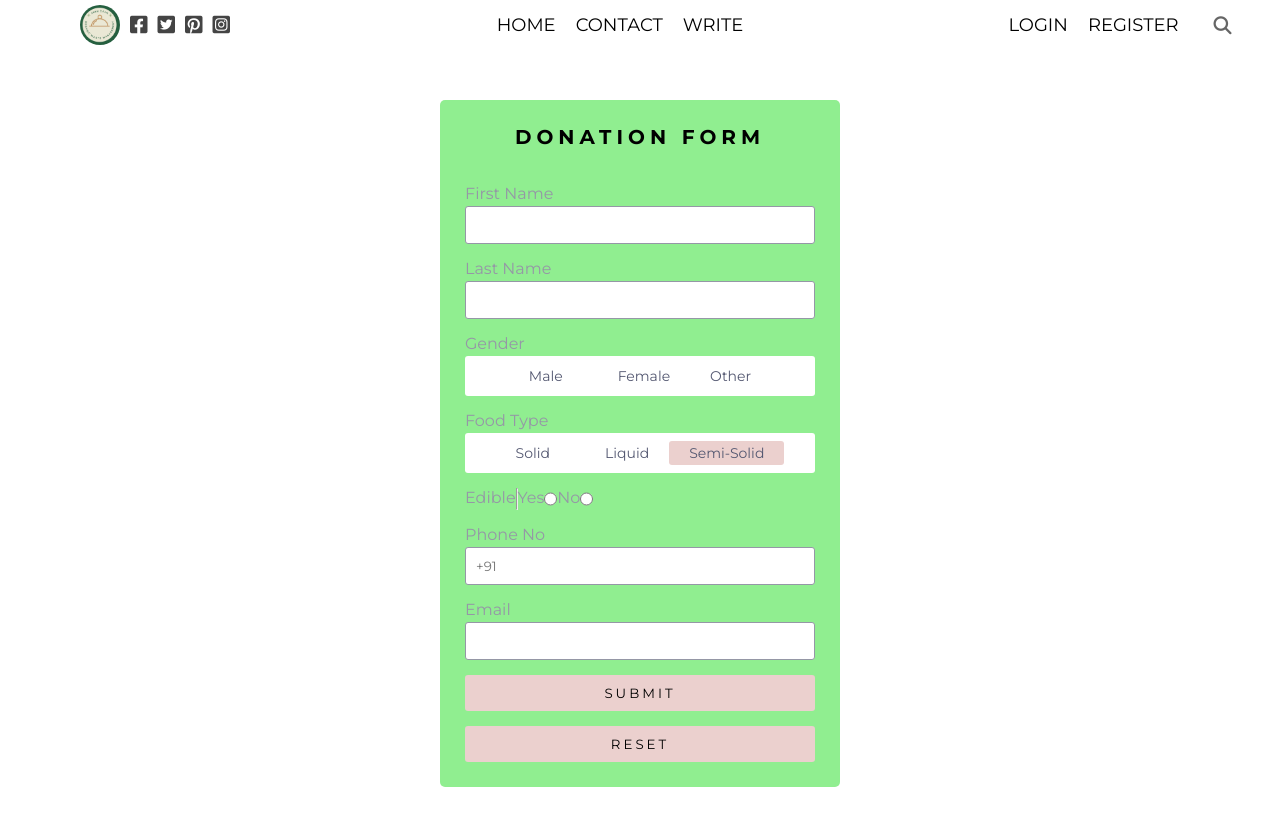
Repository: blsnabrhm/anna-daan
Page: /Contact (app in client/)
The author's editor kept a copy of each file at every save. The page is drawn from the files as they stood at one save, then again after the next save.
The browser window is 1280 px wide. The pictures show the whole page.
Some web libraries are served in a nearby version. The project was rebuilt for these pictures with package versions that can differ from the ones it lists, and the page was loaded fresh each time. Also part of the build but not shown: client/src/components/header/header.css, client/src/components/header/Header.jsx, client/src/components/posts/posts.css, client/src/components/posts/Posts.jsx, client/src/components/sidebar/sidebar.css, client/src/components/sidebar/SideBar.jsx, client/src/pages/home/home.css, client/src/pages/home/Home.jsx and 13 more. Imported but missing from the stored project, and not drawn on this page: client/src/components/post/Post.

Above is the page before, as saved 2022-04-22 08:30:26.

### client/public/index.html
<!DOCTYPE html>
<html lang="en">
  <head>
    <meta charset="utf-8" />
    <link rel="icon" href="%PUBLIC_URL%/favicon.ico" />
    <meta name="viewport" content="width=device-width, initial-scale=1" />
    <meta name="theme-color" content="#000000" />
    <meta
      name="description"
      content="Web site created using create-react-app"
    />
    <link rel="preconnect" href="https://fonts.googleapis.com">
    <link rel="preconnect" href="https://fonts.gstatic.com" crossorigin>
    <link href="https://fonts.googleapis.com/css2?family=Josefin+Sans:wght@100;200;300;400;500;600;700&family=Lora:ital@0;1&family=Varela&family=Varela+Round&display=swap" rel="stylesheet">
    <link rel="stylesheet" href="https://cdnjs.cloudflare.com/ajax/libs/font-awesome/6.1.1/css/all.min.css" integrity="sha512-KfkfwYDsLkIlwQp6LFnl8zNdLGxu9YAA1QvwINks4PhcElQSvqcyVLLD9aMhXd13uQjoXtEKNosOWaZqXgel0g==" crossorigin="anonymous" referrerpolicy="no-referrer" />
    <style>*{
      margin: 0;
    }</style>
    <style>
      .link {
        text-decoration: none;
        color: inherit;
      }
    </style>
    <title>Anna Daan</title>
  </head>
  <body>
    <noscript>You need to enable JavaScript to run this app.</noscript>
    <div id="root"></div>

  </body>
</html>

### client/src/index.js
import React from 'react';
import ReactDOM from 'react-dom/client';
import App from './App';
import { ContextProvider } from './context/Context';

const root = ReactDOM.createRoot(document.getElementById('root'));
root.render(
  <React.StrictMode>
    <ContextProvider>
    <App />
    </ContextProvider>
  </React.StrictMode>
);

### client/src/App.js
import Home from "./pages/home/Home";
import TopBar from "./components/topbar/TopBar";
import Single from "./pages/single/Single";
import Write from "./pages/write/Write";
import Settings from "./pages/settings/Settings";
import Login from "./pages/login/Login";
import Register from "./pages/register/Register";
import Contact from "./pages/contact/Contact";
import { BrowserRouter as Router, Switch, Route, Link } from "react-router-dom";
import { useContext } from "react";
import { Context } from "./context/Context";

function App() {
  const { user } = useContext(Context);
  return (
    <Router>
      <TopBar />
      <Switch>
        <Route exact path="/">
          <Home />
        </Route>
        <Route path="/register">{user ? <Home /> : <Register />}</Route>
        <Route path="/login">{user ? <Home /> : <Login />}</Route>
        <Route path="/Contact">{user ? <Contact />: <Contact/> }</Route>
        <Route path="/write">{user ? <Write /> : <Register />}</Route>
        <Route path="/settings">{user ? <Settings /> : <Register />}</Route>
        <Route path="/post/:postId">
          <Single />
        </Route>
      </Switch>
    </Router>
  );
}

export default App;

### client/src/context/Context.js
import { createContext, useEffect, useReducer } from "react";
import Reducer from "./Reducer";

const INITIAL_STATE = {
  user: JSON.parse(localStorage.getItem("user")) || null,
  isFetching: false,
  error: false,
};

export const Context = createContext(INITIAL_STATE);

export const ContextProvider = ({ children }) => {
  const [state, dispatch] = useReducer(Reducer, INITIAL_STATE);

  useEffect(() => {
    localStorage.setItem("user", JSON.stringify(state.user));
  }, [state.user]);

  return (
    <Context.Provider
      value={{
        user: state.user,
        isFetching: state.isFetching,
        error: state.error,
        dispatch,
      }}
    >
      {children}
    </Context.Provider>
  );
};

### client/src/components/topbar/TopBar.jsx
import { useContext } from "react";
import { Link } from "react-router-dom";
import { Context } from "../../context/Context";
import "./topbar.css";

export default function TopBar() {
  const { user, dispatch } = useContext(Context);
  const PF = "http://localhost:3000/images/"

  const handleLogout = () => {
    dispatch({ type: "LOGOUT" });
  };
  return (
    <div className="top">
      <div className="topLeft">
        <img className="topImg topLogo" src={require('../../assets/Anna_Daan.png')} alt="" />
        <i className="topIcon fab fa-facebook-square"></i>
        <i className="topIcon fab fa-twitter-square"></i>
        <i className="topIcon fab fa-pinterest-square"></i>
        <i className="topIcon fab fa-instagram-square"></i>
      </div>
      <div className="topCenter">
        <ul className="topList">
          <li className="topListItem">
            <Link className="link" to="/" >
              HOME
            </Link>
          </li>
          <li className="topListItem">
            <Link className="link" to="/contact" >
              CONTACT
            </Link>
          </li>
          <li className="topListItem">
            <Link className="link" to="/write">
              WRITE
            </Link>
          </li>
          <li className="topListItem" onClick={handleLogout}>
            {user && "LOGOUT"}
          </li>
        </ul>
      </div>
      <div className="topRight">
        {user ? (
          <Link to="/settings">
            <img className="topImg" src={PF+user.profilePic} alt="" />
          </Link>
        ) : (
          <ul className="topList">
            <li className="topListItem">
              <Link className="link" to="/login" >
                LOGIN
              </Link>
            </li>
            <li className="topListItem">
              <Link className="link" to="/register">
                REGISTER
              </Link>
            </li>
          </ul>
        )}
        <i className="topSearchIcon fas fa-search"></i>
      </div>
    </div>
  );
}

### client/src/pages/contact/Contact.jsx
import './contact.css'

export default function Contact() {
    return (
    <div className='contact'>
        <div class="registration_form">
		<div class="title">
			Donation Form
		</div>

		<form>
			<div class="form_wrap">
                <div className="input_wrap">
					<label for="fname">First Name</label>
					<input type="text" id="email"/>
				</div>
				<div className="input_wrap">
					<label for="lname">Last Name</label>
					<input type="text" id="email"/>
				</div>
                <div >

                </div>
				<div className="input_wrap">
					<label>Gender</label>
					<ul>
						<li>
							<label className="radio_wrap">
								<input type="radio" name="gender" value="male" className="input_radio" checked/>
								<span>Male</span>
							</label>
						</li>
						<li>
							<label className="radio_wrap">
								<input type="radio" name="gender" value="female" className="input_radio"/>
								<span>Female</span>
							</label>
						</li>
                        <li>
							<label className="radio_wrap">
								<input type="radio" name="gender" value="male" className="input_radio" checked/>
								<span>Other</span>
							</label>
						</li>
					</ul>
				</div>
                <div className="input_wrap">
					<label>Food Type</label>
					<ul>
						<li>
							<label className="radio_wrap">
								<input type="radio" name="gender" value="male" className="input_radio" checked/>
								<span>Solid</span>
							</label>
						</li>
						<li>
							<label className="radio_wrap">
								<input type="radio" name="gender" value="female" className="input_radio"/>
								<span>Liquid</span>
							</label>
						</li>
                        <li>
							<label className="radio_wrap">
								<input type="radio" name="gender" value="male" className="input_radio" checked/>
								<span>Semi-Solid</span>
							</label>
						</li>
					</ul>
				</div>
        <div className="input_wrap edible">
            <label for="edible">Edible</label><hr/>
            <label className='edible' for="edible">Yes</label>
            <input type="radio" id="y" name='edible'/>
            <label className='edible' for="edible">No</label>
            <input type="radio" id="n" name='edible'/>
        </div>
				<div className="input_wrap">
					<label for="city">Phone No</label>
					<input type="tel" id="city" placeholder="+91"/>
				</div>
				<div className="input_wrap">
					<label for="country">Email</label>
					<input type="text" id="country"/>
				</div>
				<div className="input_wrap">
					<input type="submit" value="Submit" className="submit_btn"/>
				</div>
        <div className="input_wrap">
					<input type="submit" value="Reset" className="submit_btn"/>
				</div>
			</div>
		</form>
	</div>
    </div>
    )
}

### client/src/context/Reducer.js
const Reducer = (state, action) => {
  switch (action.type) {
    case "LOGIN_START":
      return {
        user: null,
        isFetching: true,
        error: false,
      };
    case "LOGIN_SUCCESS":
      return {
        user: action.payload,
        isFetching: false,
        error: false,
      };
    case "LOGIN_FAILURE":
      return {
        user: null,
        isFetching: false,
        error: true,
      };
      case "UPDATE_START":
        return {
          ...state,
          isFetching:true
        };
      case "UPDATE_SUCCESS":
        return {
          user: action.payload,
          isFetching: false,
          error: false,
        };
      case "UPDATE_FAILURE":
        return {
          user: state.user,
          isFetching: false,
          error: true,
        };
    case "LOGOUT":
      return {
        user: null,
        isFetching: false,
        error: false,
      };
    default:
      return state;
  }
};

export default Reducer;

### client/src/components/topbar/topbar.css
.top {
    width: 100%;
    height: 50px;
    background-color: white;
    position: sticky;
    top: 0;
    display: flex;
    align-items: center;
    font-family: "Josefin Sans", sans-serif;
    z-index: 999;
  }

  .topLeft,
  .topRight {
    flex: 3;
    display: flex;
    align-items: center;
    justify-content: center;
  }

  .topCenter {
    flex: 6;
  }

  .topLogo {
    margin-right: 10px;
  }

  .topIcon {
    font-size: 20px;
    margin-right: 10px;
    color: #444;
    cursor: pointer;
  }

  .topImg {
    width: 40px;
    height: 40px;
    border-radius: 50%;
    object-fit: cover;
    cursor: pointer;
  }

  .topList {
    display: flex;
    justify-content: center;
    margin: 0;
    padding: 0;
    list-style: none;
  }

  .topListItem {
    margin-right: 20px;
    font-size: 18px;
    font-weight: 300;
    cursor: pointer;
  }

  .topSearchIcon {
    font-size: 18px;
    color: #666;
    cursor: pointer;
    margin-left: 15px;
  }

### client/src/pages/contact/contact.css
@import url('https://fonts.googleapis.com/css2?family=Montserrat:wght@400;700&display=swap');

*{
	margin: 0;
	padding: 0;
	box-sizing: border-box;
	list-style: none;
	font-family: 'Montserrat', sans-serif;
}

.contact {
    display: flex;
    align-items: center;
    justify-content: center;
    margin: 50px 0;
}

.edible {
    display: flex;
    flex-wrap: wrap;
}

.wrapper{
	min-height: 100vh;
	display: flex;
	justify-content: center;
	align-items: center;
}

.registration_form{
	background: lightgreen;
	padding: 25px;
	border-radius: 5px;
	width: 400px;
}

.registration_form .title{
	text-align: center;
	font-size: 20px;
	text-transform: uppercase;
	color: #000000;
	letter-spacing: 5px;
	font-weight: 700;
}

.form_wrap{
	margin-top: 35px;
}

.form_wrap .input_wrap{
	margin-bottom: 15px;
}

.form_wrap .input_wrap:last-child{
	margin-bottom: 0;
}

.form_wrap .input_wrap label{
	display: block;
	margin-bottom: 3px;
	color: #9597a6;
}
.form_wrap .input_grp  input[type="text"] ,input[type="number"]{
	width: 165px;
}

.form_wrap  input[type="text"], input[type="number"], input[type="tel"]{
	width: 100%;
	border-radius: 3px;
	border: 1px solid #9597a6;
	padding: 10px;
	outline: none;
}

.form_wrap  input[type="text"]:focus{
	border-color: #ebd0ce;
}

.form_wrap ul{
	background: #fff;
	padding: 8px 10px;
	border-radius: 3px;
	display: flex;
	justify-content: center;
}

.form_wrap ul li:first-child{
	margin-right: 15px;
}
.form_wrap ul .radio_wrap{
	position: relative;
	margin-bottom: 0;
}

.form_wrap ul .radio_wrap .input_radio{
	position: absolute;
	top: 0;
	right: 0;
	opacity: 0;
}

.form_wrap ul .radio_wrap span{
	display: inline-block;
	font-size: 14px;
	padding: 3px 20px;
	border-radius: 3px;
	color: #545871;
}

.form_wrap .input_radio:checked ~ span{
	background: #ebd0ce;
}

.form_wrap .submit_btn{
	width: 100%;
	background: #ebd0ce;
	padding: 10px;
	border: 0;
	border-radius: 3px;
	text-transform: uppercase;
	letter-spacing: 3px;
	cursor: pointer;
}

.form_wrap .submit_btn:hover{
	background: #ffd5d2;
}

After the next save:
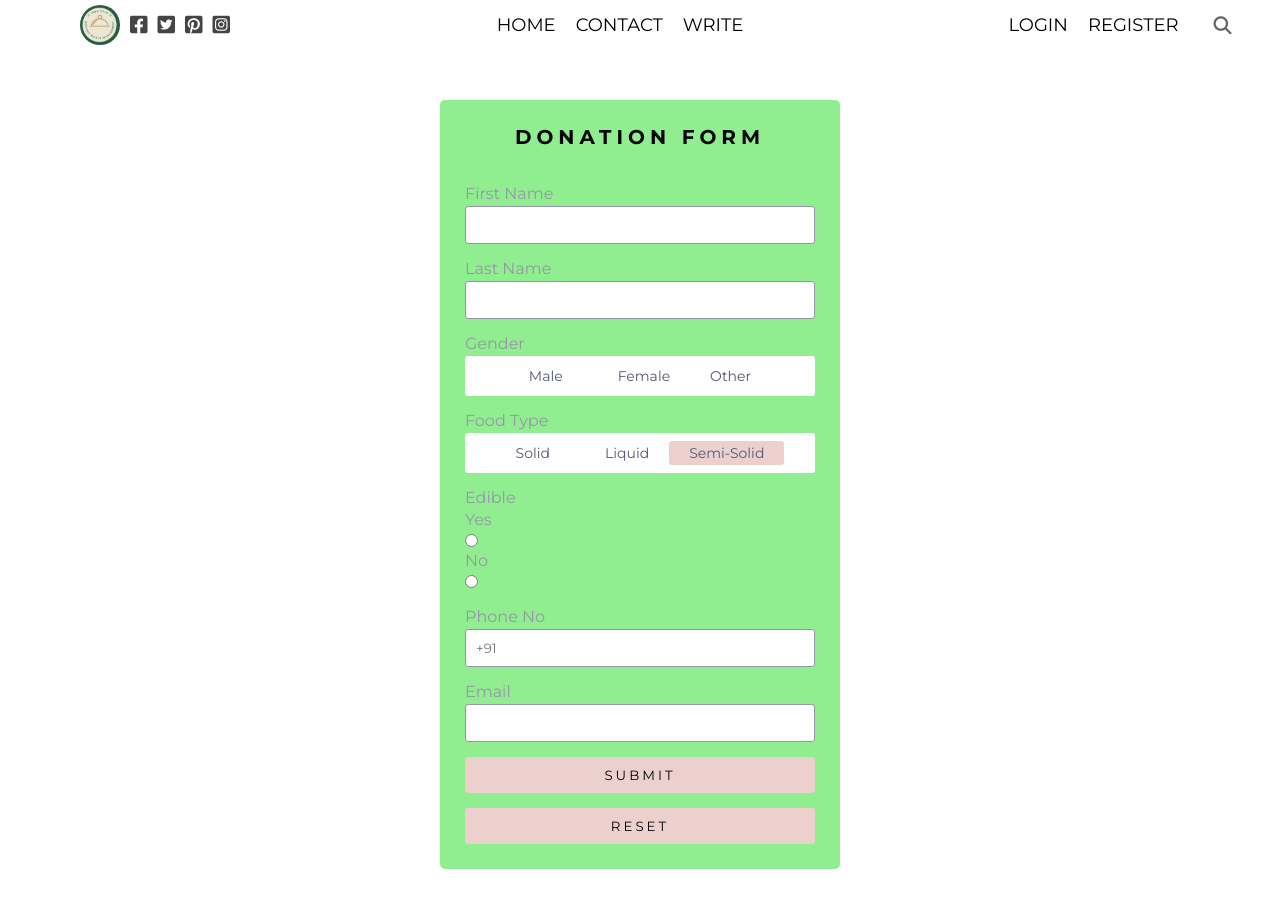
Saved 7 s later.
--- a/client/src/pages/contact/Contact.jsx
+++ b/client/src/pages/contact/Contact.jsx
@@ -67,8 +67,8 @@ export default function Contact() {
 						</li>
 					</ul>
 				</div>
-        <div className="input_wrap edible">
-            <label for="edible">Edible</label><hr/>
+        <div className="input_wrap ">
+            <label for="edible">Edible</label>
             <label className='edible' for="edible">Yes</label>
             <input type="radio" id="y" name='edible'/>
             <label className='edible' for="edible">No</label>
